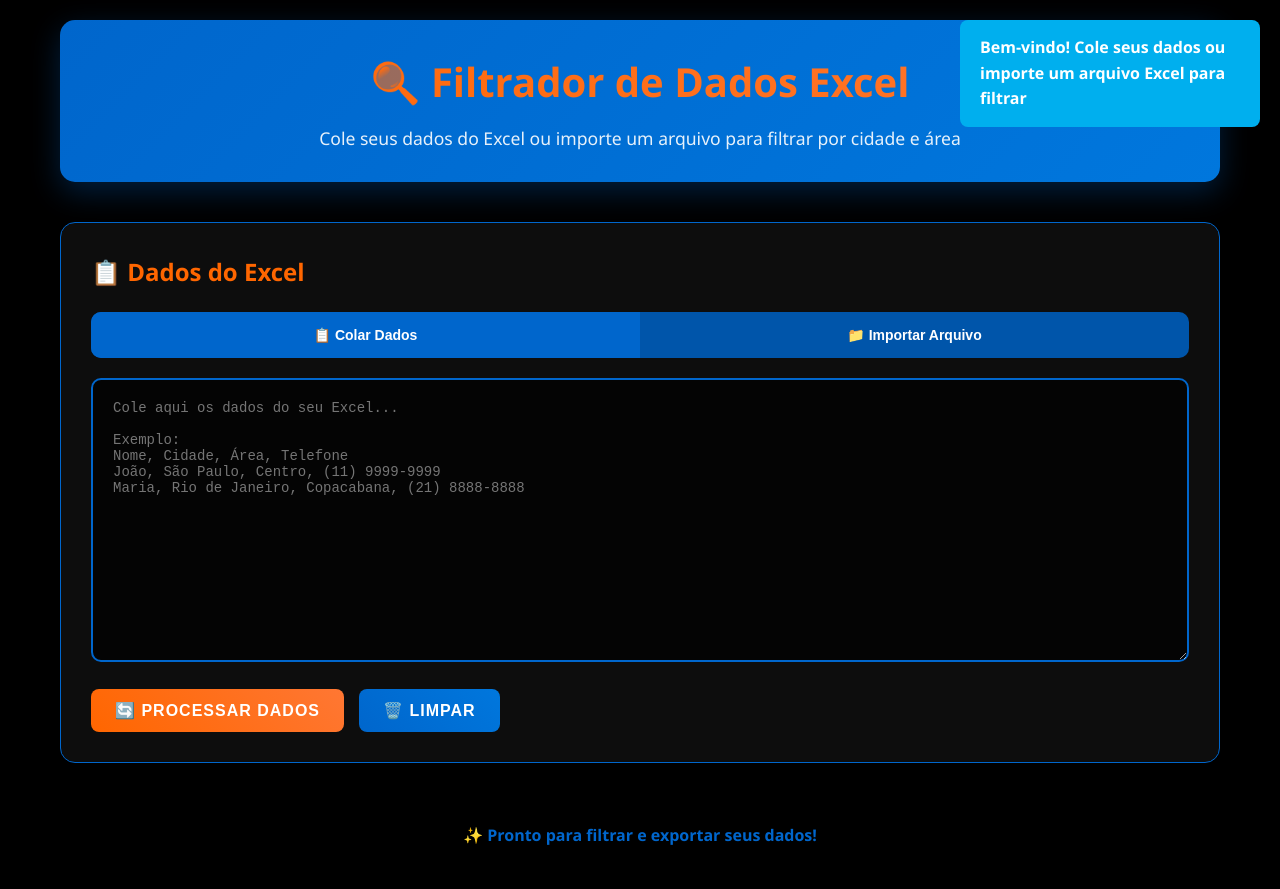
Repository: MichelAlmeida1990/Filtragem-de-Leads
Page: public/index.html
These files come from the project's save history. The page is drawn as it stood at one moment and after the next save; the edit follows.
The browser window is 1280 px wide. The pictures show the whole page.

Above is the page before, as saved 2025-08-25 22:16:18.

After the next save:
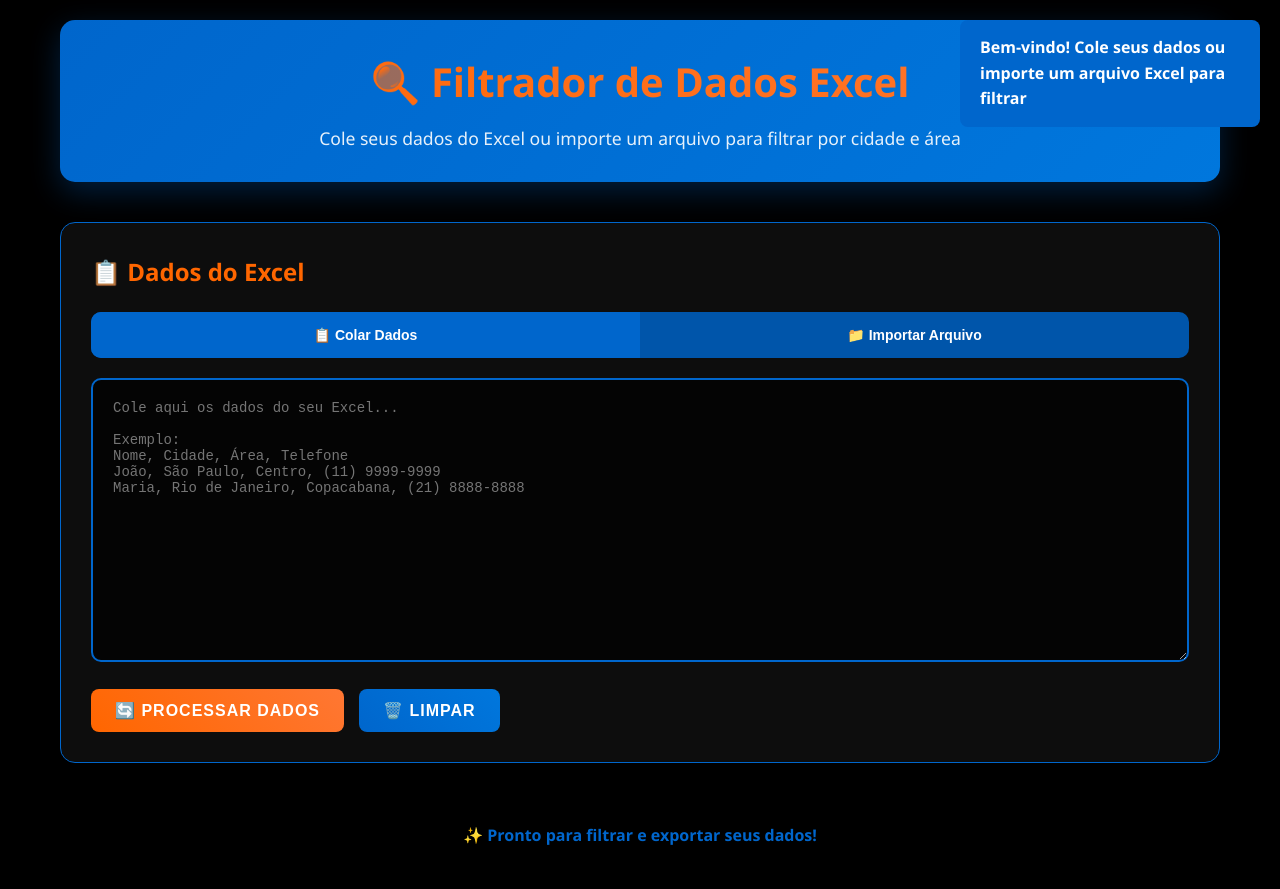
Saved 9 s later.
--- a/public/script.js
+++ b/public/script.js
@@ -522,12 +522,12 @@
             max-width: 300px;
         `;
 
-        // Cores baseadas no tipo
+        // Cores baseadas no tipo (Cielo)
         const colors = {
-            success: '#ccff00',
-            error: '#ca00ca',
-            info: '#00afee',
-            warning: '#c2af00'
+            success: '#00cc66',
+            error: '#ff6600',
+            info: '#0066cc',
+            warning: '#ff6600'
         };
 
         notification.style.background = colors[type] || colors.info;
